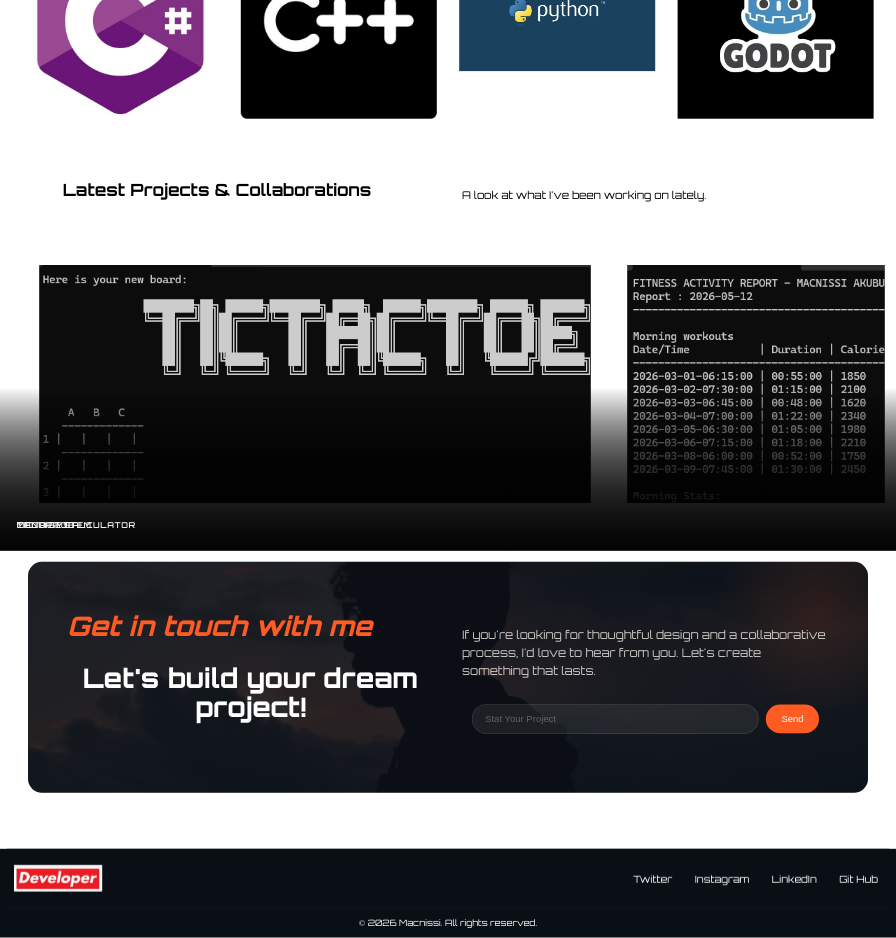
Repository: macnissiudube/macnissiudube
Page: index.html
An editor plug-in stored every save of this project. The page is shown before and after the next save, followed by the edit.
The browser window is 1280 px wide. The pictures show the part of the page from y = 1711 to 3631 px (the page is 3051 px tall before and 3631 px after), at 70% of full size.

Above is the page before, as saved 2026-05-16 19:37:38.

### index.html
<!doctype html>
<html lang="en">
  <head>
    <meta charset="UTF-8" />
    <meta name="viewport" content="width=device-width, initial-scale=1.0" />
    <link rel="stylesheet" type="text/css" href="./styles/index.css" />
    <link rel="stylesheet" type="text/css" href="./styles/globals.css" />
    <title>Macnissi Udube</title>
  </head>
  <body>
    <header class="header">
      <nav class="headerNav">
        <img
          class="headerLogo"
          src="./assets/images/laptop logo sticker _ Jquery Stickers for Sale.jpg"
          alt="logo"
        />
        <ul class="headerNavList">
          <li><a href="#hero">Home</a></li>
          <li><a href="#about">About</a></li>
          <li><a href="#projects">Projects</a></li>
          <li><a href="#contact">Contact</a></li>
        </ul>
      </nav>
    </header>

    <section class="hero" id="hero">
      <div class="heroPlaceHolder">
        <svg width="80" height="80" viewbox="0 0 80 80" fill="none">
          <circle cx="40" cy="28" r="16" fill="white" />
          <ellipse cx="40" cy="68" rx="28" ry="18" fill="white" />
        </svg>
      </div>
    </section>

    <!-- Add article tag to this and some Description -->
    <section class="aboutSection" id="about">
      <header class="artcle">
        <em class="aboutH2">Who Am I</em>
        <h2 class="aboutH2">My name is Macnissi Akubuiro Udube</h2>
      </header>
      <article class="article">
        <p>
          I am a first year Comp Sci student at John Abbott college and i am
          passionate in game developement and Dev Ops. A little more to know
          about me is I love and enjoy playing basket, drawing and animation and
          Music. Lately i have been learning to use Godot engine and in have
          been enjoying that alot.
        </p>
      </article>
    </section>

    <!-- Fix this section of the code -->
    <section class="langSection" id="languages">
      <div class="card">
        <img
          src="./assets/images/HTML programming language logo by code t-shirt _ Redbubble.jpg"
        />
      </div>
      <div class="card">
        <img src="./assets/images/js.jpg" />
      </div>
      <div class="card">
        <img
          src="./assets/images/Why Should You Consider Unity in Game Development_.jpg"
        />
      </div>
      <div class="card">
        <img src="./assets/images/Coast - UE5 Practice, Soufiane Idrassi.jpg" />
      </div>

      <div class="card">
        <img src="./assets/images/C Sharp Logo - CrystalPng.jpg" />
      </div>

      <div class="card">
        <img
          src="./assets/images/C++ Logo free icons designed by Freepik.jpg"
        />
      </div>

      <div class="card">
        <img src="./assets/images/Dictionary - Python _ Geekboots.jpg" />
      </div>

      <div class="card">
        <img
          src="./assets/images/Godot Engine_ Introducción al motor grafico.jpg"
        />
      </div>
    </section>

    <section class="projectSection" id="projects">
      <div class="projectHeader">
        <h2>Latest Projects &amp; Collaborations</h2>
        <p>A look at what I've been working on lately.</p>
      </div>

      <ul>
        <li class="projectImages">
            <article>
              <small>TicTacToe</small>
            </article>
          </a>
        </li>
        <li class="projectImages">
          <article>
            <small>Calorie Calculator</small>
          </article>
        </li>
        <li class="projectImages">
          <article>
            <small>Menu System</small>
          </article>
        </li>
      </ul>
    </section>

    <section class="contactSection" id="contact">
      <header>
        <em class="label">Get in touch with me</em>
        <h2>Let's build your dream project!</h2>
      </header>

      <form>
        <p>
          If you're looking for thoughtful design and a collaborative process,
          I'd love to hear from you. Let's create something that lasts.
        </p>

        <fieldset>
          <input
            type="text"
            placeholder="Stat Your Project"
            aria-label="Project description"
          />

          <button type="submit">Send</button>
        </fieldset>
      </form>
    </section>

    <footer class="footer">
      <nav class="footerNav">
        <img
          class="footerLogo"
          src="./assets/images/laptop logo sticker _ Jquery Stickers for Sale.jpg"
          alt="logo"
        />
        <ul class="footerNavList">
          <li>
            <a href="#">Twitter</a>
          </li>
          <li>
            <a href="#">Instagram</a>
          </li>
          <li>
            <a href="https://www.linkedin.com/in/macnissi-udube-6a4975306/"
              >LinkedIn</a
            >
          </li>
          <li>
            <a href="https://github.com/macnissiudube">Git Hub</a>
          </li>
        </ul>
      </nav>

      <p class="footerCopy">© 2026 Macnissi. All rights reserved.</p>
    </footer>
  </body>
</html>

### styles/index.css
/* TODO - move the below typeface stuff to globals.css for reusability */

@font-face {
  font-family: "Orbitron-VariableFont_wght";
  src: url(/assets/fonts/Orbitron/Orbitron-VariableFont_wght.ttf);
}
html {
  scroll-behavior: smooth;
}

html,
body {
  width: 100%;
  margin: 0;
  padding: 0;
  overflow-x: hidden;
}

body {
  font-family: "Orbitron-VariableFont_wght";
}

/* GENERAL ********************************************/

body {
  background-color: white;
}

/* NAVIGATION ********************************************/

#header {
  position: sticky;
  top: 0;
  width: 100vw;
}
/* big parent container */
.headerNav,
.footerNav {
  display: flex;
  width: 100vw;
  justify-content: space-between;
  align-items: center;
  padding: 0 1.5 rem;
  background: #0a0f15;
  backdrop-filter: blur(14px);
  border-bottom: 1px solid rgba(255, 255, 255, 0.05);
}

/* smol child container */
.headerNavList,
.footerNavList {
  display: flex;
  align-items: center;
  justify-content: flex-end;
  padding-inline-start: 0;
}

.headerLogo,
.footerLogo {
  width: 10%;
  display: flex;
  align-items: center;
  justify-content: flex-end;
  padding-left: 10px;
}

li {
  margin: 1rem; /* enhance vibes */
  list-style: none;
}

.headerNavList li a {
  text-decoration: none;
  color: #ffffff;
  font-size: 0.88rem;
  transition: transform 0.2s ease;
  display: inline-block;
}

.headerNavList li a:hover {
  color: #ff5b22;
  text-shadow:
    0 0 8px #ff5b22,
    0 0 20px #ff5b22;
  transform: translateY(-2px);
  opacity: 0.8;
}

.headerNavList li a:hover::after {
  transform: scaleX(1);
  transform-origin: bottom left;
}

.headerNavList li a::after {
  content: "";
  width: 100%;
  transform: scaleX(0);
  height: 2px;
  bottom: 0;
  left: 0;
  background-color: #ff5b22;
  transform-origin: bottom right;
  transition: transform 0.25s ease-out;
}

.footerNavList li a {
  text-decoration: none;
  color: white;
  font-size: 0.88rem;
  transition: transform 0.2s ease;
  display: inline-block;
}

.footerNavList li a:hover {
  color: #ff5b22;
  text-shadow:
    0 0 8px #ff5b22,
    0 0 20px #ff5b22;
  transform: translateY(-2px);
  opacity: 0.8;
}

.footerNavList li a:hover::after {
  transform: scaleX(1);
  transform-origin: bottom left;
}

.footerNavList li a::after {
  content: "";
  width: 100%;
  transform: scaleX(0);
  height: 2px;
  bottom: 0;
  left: 0;
  background-color: #ff5b22;
  transform-origin: bottom right;
  transition: transform 0.25s ease-out;
}

/* PROJECT LAYOUT ******************************************/

#projects .projectHeader {
  display: grid;
  grid-template-columns: 1fr 1fr;
  gap: 40px;
  margin-bottom: 56px;
  align-items: end;
  position: relative;
  z-index: -1;
}

#projects .projectHeader p {
  color: black;
  font-size: 0.95rem;
  line-height: 1.65;
}

#projects ul {
  list-style: none;
  display: grid;
  grid-template-columns: repeat(3, 1fr);
  gap: 20px;
  position: relative;
  z-index: -1;
}

.projectsImages {
  border-radius: 16px;
  background: #131c24;
  background-size: cover;
  background-position: center;
  aspect-ratio: 4 / 5;
  position: relative;
  cursor: pointer;
  transition: transform 0.3s ease;
  border-bottom-left-radius: 16px;
  overflow: hidden;
  transition:
    transform 0.3s cubic-bezier(0.25, 1, 0.5, 1),
    box-shadow 0.3s ease,
    border-color 0.3s ease;
}

.projectsImages:hover {
  transform: translateY(-10px);
  border-color: #ffffff;
  box-shadow:
    0 15px 30px rgba(0, 0, 0, 0.5),
    0 0 15px rgba(255, 255, 255, 0.1);
}

/* First card spans two columns and is taller */
#projects li:first-child {
  grid-column: span 2;
  aspect-ratio: auto;
  min-height: 340px;
  background-image: url(/assets/images/Screenshot\ 2026-05-12\ 103049.png);
}

#projects li:nth-child(2) {
  background-image: url(/assets/images/Fitness\ Report.png);
}

#projects li:nth-child(3) {
  background-image: url(/assets/images/Menu\ Selection.png);
}

/* Dark gradient overlay at the bottom of each card */
#projects li::after {
  content: "";
  position: absolute;
  inset: 0;
  background: linear-gradient(to top, rgba(0, 0, 0, 0.75) 0%, transparent 55%);
}

#projects article {
  position: absolute;
  bottom: 0;
  left: 0;
  right: 0;
  padding: 24px;
  z-index: 1;
}

#projects article small {
  display: block;
  font-size: 0.72rem;
  font-weight: 600;
  color: whitesmoke;
  letter-spacing: 0.07em;
  text-transform: uppercase;
  margin-bottom: 6px;
}

/* Contact and CTA Banner Layout */

#contact {
  margin: 0 40px 80px;
  background: #0d1117;
  border-radius: 20px;
  padding: 70px 56px;
  display: grid;
  grid-template-columns: 1fr 1fr;
  gap: 40px;
  align-items: center;
  position: relative;
  overflow: hidden;
}

/* Subtle orange glow in top-right corner */
#contact::before {
  content: "";
  position: absolute;
  top: -80px;
  right: -80px;
  width: 300px;
  height: 300px;
  background: radial-gradient(
    circle,
    rgba(255, 91, 34, 0.15) 0%,
    transparent 70%
  );
  pointer-events: none;
}

/* Faint background photo */
#contact::after {
  content: "";
  position: absolute;
  inset: 0;
  background: url(/assets/images/photo-1529665253569-6d01c0eaf7b6.jpg) center /
    cover no-repeat;
  opacity: 0.12;
  border-radius: 20px;
}

/* Push text content above the pseudo-element background */
#contact header,
#contact form {
  position: relative;
  z-index: 2;
}

#contact header em {
  font-size: clamp(1.8rem, 3vw, 2.4rem);
  font-weight: 800;
  color: #ff5b22;
  line-height: 1.1;
}

#contact header h2 {
  font-size: clamp(1.8rem, 3vw, 2.4rem);
  font-weight: 800;
  color: white;
  line-height: 1.1;
}

#contact form p {
  font-size: 1.05rem;
  color: rgba(245, 243, 239, 0.8);
  line-height: 1.55;
  margin-bottom: 28px;
  font-weight: 300;
}

#contact form fieldset {
  border: none;
  display: flex;
  align-items: center;
  gap: 10px;
}

#contact form input {
  flex: 1;
  background: rgba(255, 255, 255, 0.07);
  border: 1px solid rgba(255, 255, 255, 0.12);
  color: white;
  padding: 13px 18px;
  border-radius: 100px;

  font-size: 0.85rem;
  outline: none;
}

#contact form input::placeholder {
  color: rgba(255, 255, 255, 0.3);
}

#contact form button {
  background: #ff5b22;
  color: #fff;
  border: none;
  padding: 13px 22px;
  border-radius: 100px;
  font-size: 0.85rem;
  font-weight: 500;
  cursor: pointer;
  white-space: nowrap;
  transition: opacity 0.2s;
}

#contact form button:hover {
  opacity: 0.85;
}

/* MAIN LAYOUT ********************************************/

main {
  display: flex;
}

h1 {
  display: flex;
  justify-content: center;
  text-align: center;
  flex: row;
}

h2 {
  justify-content: center;
  text-align: center;
}

img {
  display: flex;
  justify-content: center;
  align-items: center;
  text-align: center;
}
.container {
  display: grid;
  width: max-content;
}

/* MAIN HERO SECTION **************************/

.hero {
  margin: 0;
  min-height: 80vh;
  width: 100vw;
  padding-bottom: 1rem;
  padding-top: 72px;
  display: flex;
  justify-content: center;

  background-color: #09203ae3;
  background-size: cover;
  background-position: center;
  background-repeat: no-repeat;
}

.heroPlaceHolder {
  width: 320px;
  height: 420px;
  background: linear-gradient(
    180deg,
    rgba(9, 43, 70, 0.911) 0%,
    rgba(255, 255, 255, 0.02) 100%
  );
  border-radius: 18px 18px 0 0;
  border: 1px solid rgba(255, 255, 255, 0.08);
  display: flex;
  align-items: center;
  justify-content: center;
  background-color: #03304ee7;
}

/* MYSTERY STUFF LOL *******/

.mainSection {
  display: flex;
  justify-content: space-between;
  text-align: end;
  align-items: flex-end;
}
.aboutSection {
  text-align: center;
  display: flex;
  justify-content: center;
  align-items: center;
  flex-direction: column;
}

.aboutH2 {
  display: flex;
  justify-content: flex-start;
  text-align: end;
  align-items: flex-end;
}

.article p {
  display: flex;
  justify-content: flex-start;
  text-align: end;
  align-items: flex-end;
}

/* Languages Section Layout */

.langSection {
  display: grid;
  grid-template-columns: repeat(4, minmax(0, 1fr));
  gap: 2rem;
  width: 100%;
  max-width: 100%;
  box-sizing: border-box;
  padding: 2rem;
}

.langSection .card {
  min-width: 0;
  display: flex;
  align-items: center;
  justify-content: center;
}

.langSection .card img {
  width: 100%;
  max-width: 100%;
  height: auto;
  object-fit: contain;
}

#languages img {
  overflow: hidden;
  aspect-ratio: 4 / 5;
  position: relative;
  cursor: pointer;
  transition: transform 0.3s ease;
}

#languages img:hover {
  transform: translateY(-6px);
}

#languages img::after {
  content: "";
  position: absolute;
  inset: 0;
  background: linear-gradient(to top, rgba(0, 0, 0, 0.75) 0%, transparent 55%);
}

/* Footer Layout */

.footer {
  background: #0a0f15;
  padding: 0px 10px 0px;
  display: flex;
  justify-content: space-between;
  align-items: center;
  flex-wrap: wrap;
}

.footerCopy {
  color: #ffffff;
  font-size: 0.78rem;
  width: 100%;
  text-align: center;
}

/* About Section Layout */
#about {
  padding: 100px 40px;
  display: grid;
  grid-template-columns: 1fr 1fr;
  gap: 60px;
  align-items: start;
}

#about header em {
  font-size: clamp(1.8rem, 3vw, 2.4rem);
  font-weight: 800;
  color: #ff5b22;
  line-height: 1.1;
}

#about h2 {
  font-size: clamp(2rem, 3.5vw, 2.6rem);
  font-weight: 800;
  line-height: 1.1;
}

#about article p {
  font-size: 0.9rem;
  line-height: 1.75;
  color: #000000;
  margin-bottom: 14px;
}

.article {
  opacity: 10;
  transform: translateY(28px);
  transition: opacity 0.7s ease;
  transform: o.7s ease;
}

/* =============================================
       RESPONSIVE — single column on small screens
    ============================================= */

@media (max-width: 820px) {
  nav {
    padding: 16px 20px;
  }

  #about,
  #languages,
  #projects {
    grid-template-columns: 1fr;
  }

  #projects ul {
    grid-template-columns: 1fr;
  }

  #projects li:first-child {
    grid-column: span 1;
  }
  .projectSection {
    display: grid;
    grid-template-columns: 1fr, 1fr;
    gap: 1rem;
  }

  .langSection {
    grid-template-columns: repeat(2, minmax(0, 1fr));
  }

  header {
    width: auto;
  }
}
/* DESKTOP DESIGN */
/* Large devices (laptops/desktops, 992px and up) */
@media only screen and (min-width: 992px) {
  .projectSection {
    grid-template-columns: 1fr 1fr 1fr 1fr 1fr; /* 5 cols */
    grid-template-rows: 50vh; /* 1 row - ~1/2 the viewport */
  }
}

### styles/globals.css
@font-face {
  font-family: "Orbitron-VariableFont_wght";
  src: url(/assets/fonts/Orbitron/Orbitron-VariableFont_wght.ttf);
}

body {
  font-family: "Orbitron-VariableFont_wght";
}

/* GENERAL ********************************************/

body {
  background-color: white;
}

/* =============================================
       RESPONSIVE — single column on small screens
    ============================================= */

@media (max-width: 820px) {
  nav {
    padding: 16px 20px;
  }

  #about,
  #languages,
  #projects {
    grid-template-columns: 1fr;
  }

  #projects ul {
    grid-template-columns: 1fr;
  }

  #projects li:first-child {
    grid-column: span 1;
  }
  .projectSection {
    display: grid;
    grid-template-columns: 1fr, 1fr;
    gap: 1rem;
  }

  .langSection {
    grid-template-columns: repeat(2, minmax(0, 1fr));
  }

  header {
    width: auto;
  }
}

After the next save:
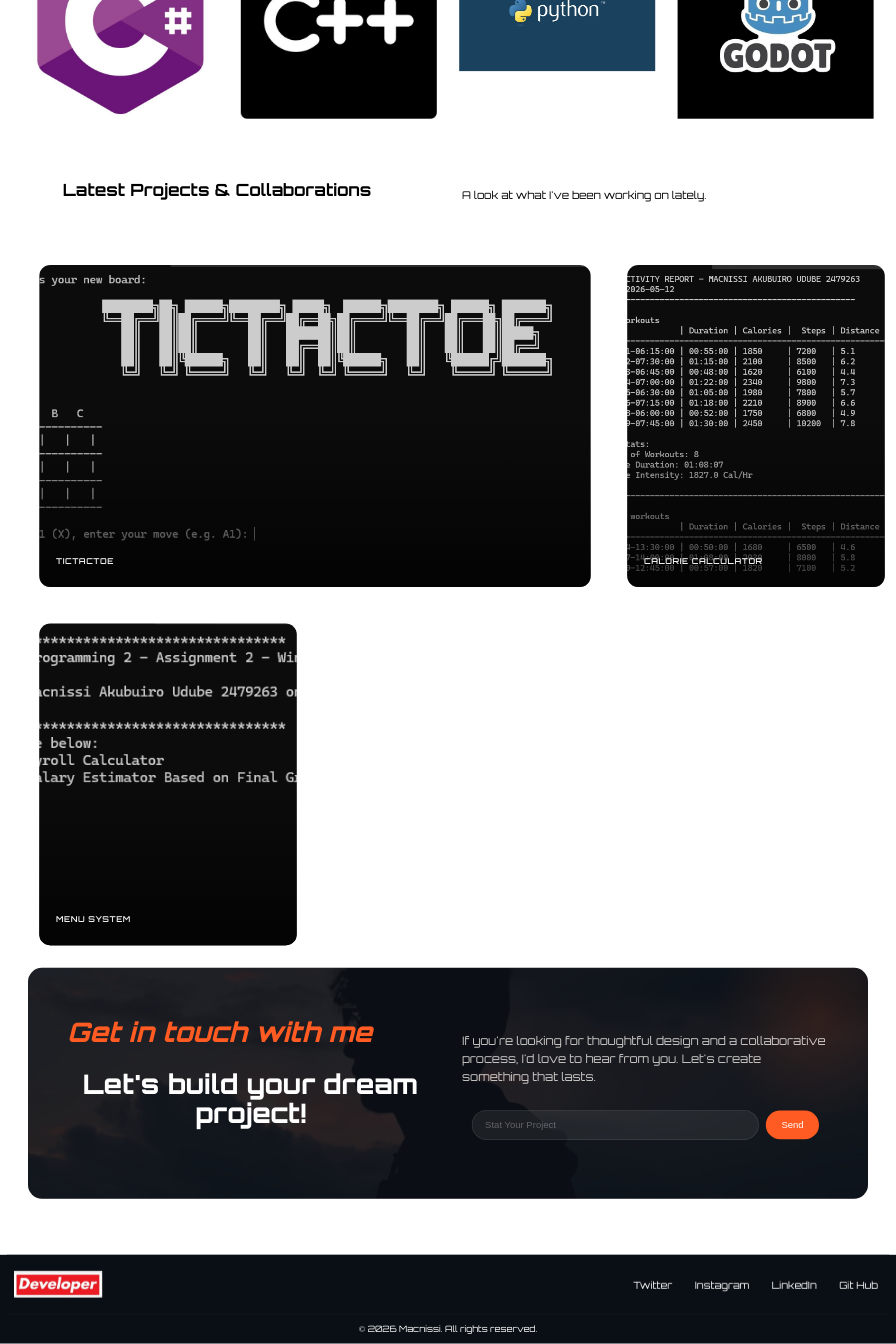
Saved 16 s later.
--- a/styles/index.css
+++ b/styles/index.css
@@ -164,7 +164,7 @@
   z-index: -1;
 }
 
-.projectsImages {
+#projects li {
   border-radius: 16px;
   background: #131c24;
   background-size: cover;
